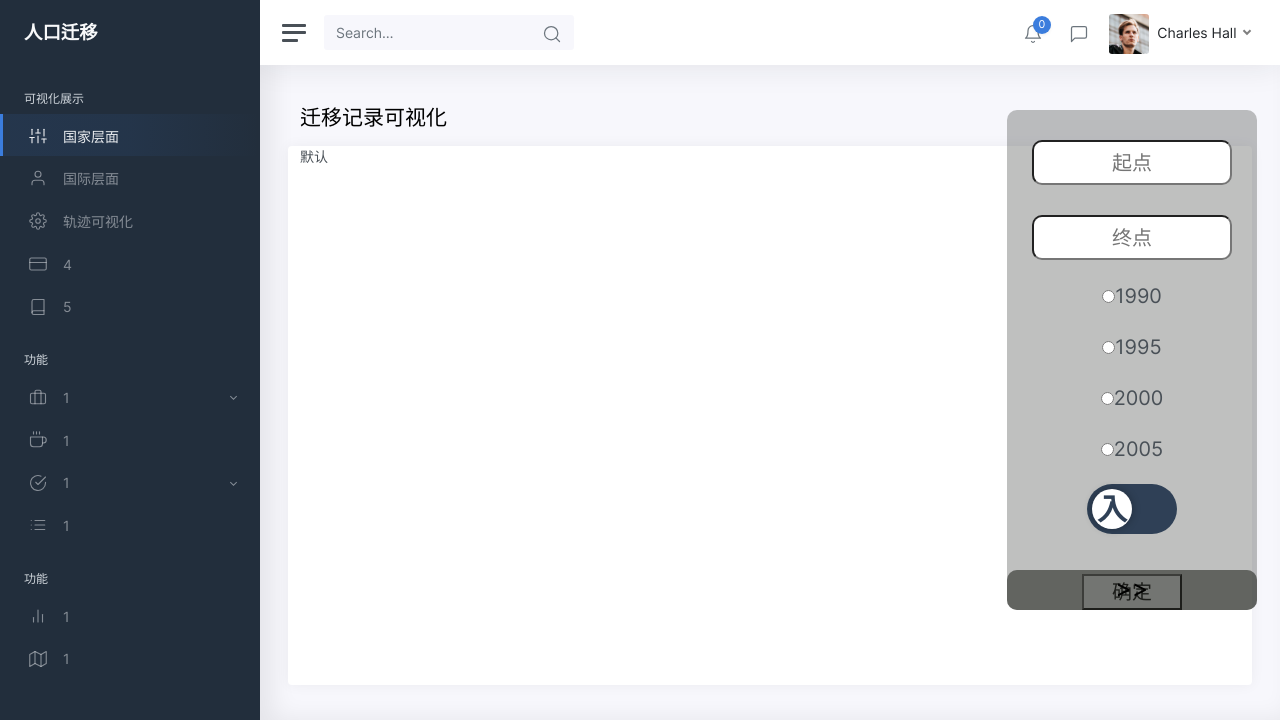
Repository: yuwei0922/WHURS-WGIS
Page: final_project/pages-profile.html
These files come from the project's save history. The page is drawn as it stood at one moment and after the next save; the edit follows.
The browser window is 1280 px wide. The pictures show the whole page.
Some web libraries are served in a nearby version.

Above is the page before, as saved 2022-12-25 19:41:08.
Not found: final_project/js/vendor.js

### final_project/pages-profile.html
<!DOCTYPE html>
<html lang="en">

<head>
	<meta charset="utf-8">
	<meta http-equiv="X-UA-Compatible" content="IE=edge">
	<meta name="viewport" content="width=device-width, initial-scale=1, shrink-to-fit=no">
	<meta name="description" content="Responsive Web UI Kit &amp; Dashboard Template based on Bootstrap">
	<meta name="author" content="AdminKit">
	<meta name="keywords" content="adminkit, bootstrap, web ui kit, dashboard template, admin template">
	<link rel="shortcut icon" href="img/icons/icon-48x48.png" />
	<title>Profile</title>
	<link href="css/app.css" rel="stylesheet">
	<link rel="stylesheet" href="css/content.css">
	<link href="https://cdn.bootcdn.net/ajax/libs/font-awesome/6.1.1/css/all.css" rel="stylesheet">
</head>


<body>
	<div class="wrapper">
		<!--左边导航栏-->
		<nav id="sidebar" class="sidebar">
			<div class="sidebar-content js-simplebar">
				<a class="sidebar-brand" href="index.html">
					<span class="align-middle">人口迁移</span>
				</a>

				<ul class="sidebar-nav">
					<li class="sidebar-header">
						可视化展示
					</li>

					<li class="sidebar-item active">
						<a class="sidebar-link" href="index.html">
							<i class="align-middle" data-feather="sliders"></i> <span class="align-middle">国家层面</span>
						</a>
					</li>

					<li class="sidebar-item">
						<a class="sidebar-link" href="pages-profile.html">
							<i class="align-middle" data-feather="user"></i> <span class="align-middle">国际层面</span>
						</a>
					</li>

					<li class="sidebar-item">
						<a class="sidebar-link" href="pages-settings.html">
							<i class="align-middle" data-feather="settings"></i> <span class="align-middle">轨迹可视化</span>
						</a>
					</li>

					<li class="sidebar-item">
						<a class="sidebar-link" href="pages-invoice.html">
							<i class="align-middle" data-feather="credit-card"></i> <span class="align-middle">4</span>
						</a>
					</li>

					<li class="sidebar-item">
						<a class="sidebar-link" href="pages-blank.html">
							<i class="align-middle" data-feather="book"></i> <span class="align-middle">5</span>
						</a>
					</li>

					<li class="sidebar-header">
						功能
					</li>

					<li class="sidebar-item">
						<a href="#ui" data-toggle="collapse" class="sidebar-link collapsed">
							<i class="align-middle" data-feather="briefcase"></i>
							<span class="align-middle">1</span>
						</a>
						<ul id="ui" class="sidebar-dropdown list-unstyled collapse " data-parent="#sidebar">
							<li class="sidebar-item"><a class="sidebar-link" href="ui-alerts.html">Alerts</a></li>
							<li class="sidebar-item"><a class="sidebar-link" href="ui-buttons.html">Buttons</a></li>
							<li class="sidebar-item"><a class="sidebar-link" href="ui-cards.html">Cards</a></li>
							<li class="sidebar-item"><a class="sidebar-link" href="ui-general.html">General</a></li>
							<li class="sidebar-item"><a class="sidebar-link" href="ui-grid.html">Grid</a></li>
							<li class="sidebar-item"><a class="sidebar-link" href="ui-modals.html">Modals</a></li>
							<li class="sidebar-item"><a class="sidebar-link" href="ui-typography.html">Typography</a>
							</li>
						</ul>
					</li>

					<li class="sidebar-item">
						<a class="sidebar-link" href="icons-feather.html">
							<i class="align-middle" data-feather="coffee"></i> <span class="align-middle">1</span>
						</a>
					</li>

					<li class="sidebar-item">
						<a href="#forms" data-toggle="collapse" class="sidebar-link collapsed">
							<i class="align-middle" data-feather="check-circle"></i> <span class="align-middle">1</span>
						</a>
						<ul id="forms" class="sidebar-dropdown list-unstyled collapse " data-parent="#sidebar">
							<li class="sidebar-item"><a class="sidebar-link" href="forms-layouts.html">1</a>
							</li>
							<li class="sidebar-item"><a class="sidebar-link" href="forms-basic-inputs.html">1</a></li>
						</ul>
					</li>

					<li class="sidebar-item">
						<a class="sidebar-link" href="tables-bootstrap.html">
							<i class="align-middle" data-feather="list"></i> <span class="align-middle">1</span>
						</a>
					</li>

					<li class="sidebar-header">
						功能
					</li>

					<li class="sidebar-item">
						<a class="sidebar-link" href="charts-chartjs.html">
							<i class="align-middle" data-feather="bar-chart-2"></i> <span class="align-middle">1</span>
						</a>
					</li>

					<li class="sidebar-item">
						<a class="sidebar-link" href="maps-google.html">
							<i class="align-middle" data-feather="map"></i> <span class="align-middle">1</span>
						</a>
					</li>
				</ul>

			</div>
		</nav>
		<!--中间主要部分-->
		<div class="main">
			<!--头顶导航栏-->
			<nav class="navbar navbar-expand navbar-light navbar-bg">
				<a class="sidebar-toggle d-flex">
					<i class="hamburger align-self-center"></i>
				</a>

				<form class="form-inline d-none d-sm-inline-block">
					<div class="input-group input-group-navbar">
						<input type="text" class="form-control" placeholder="Search…" aria-label="Search">
						<div class="input-group-append">
							<button class="btn" type="button">
								<i class="align-middle" data-feather="search"></i>
							</button>
						</div>
					</div>
				</form>

				<div class="navbar-collapse collapse">
					<ul class="navbar-nav navbar-align">
						<li class="nav-item dropdown">
							<a class="nav-icon dropdown-toggle" href="#" id="alertsDropdown" data-toggle="dropdown">
								<div class="position-relative">
									<i class="align-middle" data-feather="bell"></i>
									<span class="indicator">0</span>
								</div>
							</a>
							<div class="dropdown-menu dropdown-menu-lg dropdown-menu-right py-0"
								aria-labelledby="alertsDropdown">
								<div class="dropdown-menu-header">
									0个未读注意事项
								</div>
								<div class="list-group">
									<a href="#" class="list-group-item">
										<div class="row no-gutters align-items-center">
											<div class="col-2">
												<i class="text-danger" data-feather="alert-circle"></i>
											</div>
											<div class="col-10">
												<div class="text-dark">升级</div>
												<div class="text-muted small mt-1">Restart server 12 to complete the
													update.</div>
												<div class="text-muted small mt-1">30m ago</div>
											</div>
										</div>
									</a>
									<a href="#" class="list-group-item">
										<div class="row no-gutters align-items-center">
											<div class="col-2">
												<i class="text-warning" data-feather="bell"></i>
											</div>
											<div class="col-10">
												<div class="text-dark">Lorem ipsum</div>
												<div class="text-muted small mt-1">Aliquam ex eros, imperdiet vulputate
													hendrerit et.</div>
												<div class="text-muted small mt-1">2h ago</div>
											</div>
										</div>
									</a>
									<a href="#" class="list-group-item">
										<div class="row no-gutters align-items-center">
											<div class="col-2">
												<i class="text-primary" data-feather="home"></i>
											</div>
											<div class="col-10">
												<div class="text-dark">Login from 192.186.1.8</div>
												<div class="text-muted small mt-1">5h ago</div>
											</div>
										</div>
									</a>
									<a href="#" class="list-group-item">
										<div class="row no-gutters align-items-center">
											<div class="col-2">
												<i class="text-success" data-feather="user-plus"></i>
											</div>
											<div class="col-10">
												<div class="text-dark">New connection</div>
												<div class="text-muted small mt-1">Christina accepted your request.
												</div>
												<div class="text-muted small mt-1">14h ago</div>
											</div>
										</div>
									</a>
								</div>
								<div class="dropdown-menu-footer">
									<a href="#" class="text-muted">Show all notifications</a>
								</div>
							</div>
						</li>
						<li class="nav-item dropdown">
							<a class="nav-icon dropdown-toggle" href="#" id="messagesDropdown" data-toggle="dropdown">
								<div class="position-relative">
									<i class="align-middle" data-feather="message-square"></i>
								</div>
							</a>
							<div class="dropdown-menu dropdown-menu-lg dropdown-menu-right py-0"
								aria-labelledby="messagesDropdown">
								<div class="dropdown-menu-header">
									<div class="position-relative">
										4 New Messages
									</div>
								</div>
								<div class="list-group">
									<a href="#" class="list-group-item">
										<div class="row no-gutters align-items-center">
											<div class="col-2">
												<img src="img/avatars/avatar-5.jpg"
													class="avatar img-fluid rounded-circle" alt="Vanessa Tucker">
											</div>
											<div class="col-10 pl-2">
												<div class="text-dark">Vanessa Tucker</div>
												<div class="text-muted small mt-1">Nam pretium turpis et arcu. Duis arcu
													tortor.</div>
												<div class="text-muted small mt-1">15m ago</div>
											</div>
										</div>
									</a>
									<a href="#" class="list-group-item">
										<div class="row no-gutters align-items-center">
											<div class="col-2">
												<img src="img/avatars/avatar-2.jpg"
													class="avatar img-fluid rounded-circle" alt="William Harris">
											</div>
											<div class="col-10 pl-2">
												<div class="text-dark">William Harris</div>
												<div class="text-muted small mt-1">Curabitur ligula sapien euismod
													vitae.</div>
												<div class="text-muted small mt-1">2h ago</div>
											</div>
										</div>
									</a>
									<a href="#" class="list-group-item">
										<div class="row no-gutters align-items-center">
											<div class="col-2">
												<img src="img/avatars/avatar-4.jpg"
													class="avatar img-fluid rounded-circle" alt="Christina Mason">
											</div>
											<div class="col-10 pl-2">
												<div class="text-dark">Christina Mason</div>
												<div class="text-muted small mt-1">Pellentesque auctor neque nec urna.
												</div>
												<div class="text-muted small mt-1">4h ago</div>
											</div>
										</div>
									</a>
									<a href="#" class="list-group-item">
										<div class="row no-gutters align-items-center">
											<div class="col-2">
												<img src="img/avatars/avatar-3.jpg"
													class="avatar img-fluid rounded-circle" alt="Sharon Lessman">
											</div>
											<div class="col-10 pl-2">
												<div class="text-dark">Sharon Lessman</div>
												<div class="text-muted small mt-1">Aenean tellus metus, bibendum sed,
													posuere ac, mattis non.</div>
												<div class="text-muted small mt-1">5h ago</div>
											</div>
										</div>
									</a>
								</div>
								<div class="dropdown-menu-footer">
									<a href="#" class="text-muted">Show all messages</a>
								</div>
							</div>
						</li>
						<li class="nav-item dropdown">
							<a class="nav-icon dropdown-toggle d-inline-block d-sm-none" href="#"
								data-toggle="dropdown">
								<i class="align-middle" data-feather="settings"></i>
							</a>

							<a class="nav-link dropdown-toggle d-none d-sm-inline-block" href="#"
								data-toggle="dropdown">
								<img src="img/avatars/avatar.jpg" class="avatar img-fluid rounded mr-1"
									alt="Charles Hall" /> <span class="text-dark">Charles Hall</span>
							</a>
							<div class="dropdown-menu dropdown-menu-right">
								<a class="dropdown-item" href="pages-profile.html"><i class="align-middle mr-1"
										data-feather="user"></i> Profile</a>
								<a class="dropdown-item" href="#"><i class="align-middle mr-1"
										data-feather="pie-chart"></i> Analytics</a>
								<div class="dropdown-divider"></div>
								<a class="dropdown-item" href="pages-settings.html"><i class="align-middle mr-1"
										data-feather="settings"></i> Settings & Privacy</a>
								<a class="dropdown-item" href="#"><i class="align-middle mr-1"
										data-feather="help-circle"></i> Help Center</a>
								<div class="dropdown-divider"></div>
								<a class="dropdown-item" href="#">Log out</a>
							</div>
						</li>
					</ul>
				</div>
			</nav>
			<main class="content">
				<div class="container-fluid p-0 map-background">
					<h1 class="h3 mb-3">迁移记录可视化</h1>
					<div class="row map-background">
						<div class="card col-12 mapcontent">默认</div>
					</div>
				</div>
			</main>
		</div>
	<div class="select-contronller" style="border-radius: 10px; font-size: 20px;">
		<form action="">
		<input type="text" placeholder="起点" name="ori" class="input-right" id="input-ori">
		<input type="text" placeholder="终点" name="des" class="input-right" id="input-des">
		<br>
		<input type="radio" name="year" id="year" value="1990" class="radiosel">1990
		<br>
		<input type="radio" name="year" id="year" value="1995" class="radiosel">1995
		<br>
		<input type="radio" name="year" id="year" value="200" class="radiosel">2000
		<br>
		<input type="radio" name="year" id="year" value="2005" class="radiosel">2005
		<br>
		<input type="checkbox" name="" id="custom" style="text-align: center;">
		<label for="custom" class="check-box" style="margin: 20px auto; ">
			<span class="check-handler"></span>
		</label>
		<button class="submitcheck">确定</button>
		</form>
		<div class="changedis" ></div>
		<div class="changedis" >>></div>
	</div>

	<script src="js/vendor.js"></script>
	<script src="js/app.js"></script>
	<script>
		let changedis=document.querySelector(".changedis")
		changedis.addEventListener('mouseover',function(){this.style.cursor="pointer"})
		changedis.addEventListener('click',function(e){
			e.target.parentNode.style.opacity=0;})
	</script>
</body>

</html>

### final_project/css/content.css
.map-background {
    height: 100%;
}

.mapcontent {
    height: 90%;
}

.select-contronller {
    position: absolute;
    height: 500px;
    top: 50%;
    right: 23px;
    transform: translateY(-50%);
    background-color: rgba(45, 48, 43, 0.3);
    text-align: center;
    width: 250px;
    opacity: 1;
    transition: .5s;

}

.input-right {
    margin-top: 30px;
    width: 80%;
    text-align: center;
    border-radius: 10px;
    height: 45px;
}



.radiosel {
    margin-top: 30px;
}

.inouttype {
    margin-top: 30px;
    margin-left: 10px;
}

.changedis {
    position: absolute;
    height: 40px;
    font-size: 25px;
    width: 100%;
    bottom: 0;
    margin: 0 auto;
    color: black;
    background-color: rgba(45, 48, 43, 0.4);
    border-radius: 10px;
}

#selectcountry {
    width: 340px;
    height: 60px;
    text-align: center;
    font-size: 20px;
    font-weight: 700;
    margin-top: 5%;
    display: block;
}

input[type="checkbox"] {
    position: absolute;
    opacity: 0;
    z-index: -1;
}

.check-box {
    display: flex;
    align-items: center;
    width: 90px;
    height: 50px;
    background: #2f4056;
    border-radius: 25px;
    cursor: pointer;
    transition: all 0.5s ease;
}

.check-handler {
    display: flex;
    justify-content: center;
    align-items: center;
    margin-left: 5px;
    width: 40px;
    height: 40px;
    background: #fff;
    border-radius: 50%;
    box-shadow: 0 0 8px rgba(0, 0, 0, 0.3);
    transition: all 0.5s ease;
}

.check-handler::before {
    font-family: "Font Awesome 6 Free";
    content: "入";
    color: #2f4056;
    font-size: 1.5em;
    font-weight: 900;
}

input[type="checkbox"]:checked+.check-box {
    background: #5fb878;
}

input[type="checkbox"]:checked+.check-box .check-handler {
    margin-left: 50%;
}

input[type="checkbox"]:checked+.check-box .check-handler::before {
    font-family: "Font Awesome 6 Free";
    content: "出";
    color: #5fb878;
}

.timecontainer{
    width: 300px;
    height: 50px;
    border:0px solid red;
}
.dot{
    border:1px solid #007Aff;
    width: 11px;
    height: 11px;
    border-radius: 10px;
    background: white;
    margin: auto;
    margin-bottom: -6px;
}
.item{
    flex:1.5;
    border-bottom:1px solid #cdcdcd;
}
.item1{
    flex:1;
    border-bottom:0px solid #cdcdcd;
}

.submitcheck{
    width:40% ;
    margin:20px auto;
}

Loaded but not shown: final_project/css/app.css (library); final_project/js/app.js (library)

After the next save:
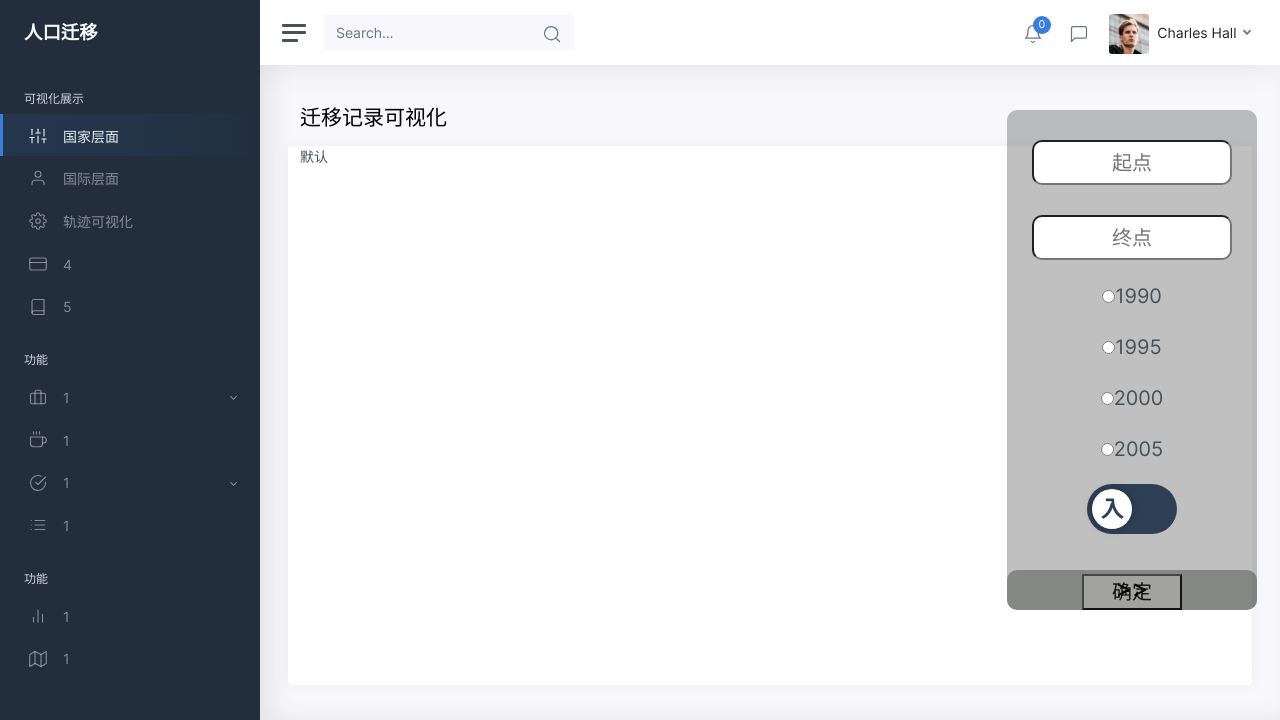
Saved 77 s later.
--- a/final_project/pages-profile.html
+++ b/final_project/pages-profile.html
@@ -340,15 +340,13 @@
 		<input type="radio" name="year" id="year" value="2005" class="radiosel">2005
 		<br>
 		<input type="checkbox" name="" id="custom" style="text-align: center;">
-		<label for="custom" class="check-box" style="margin: 20px auto; ">
+		<label for="custom" class="check-box" style="margin: 20px auto; font-size: 15px;">
 			<span class="check-handler"></span>
 		</label>
 		<button class="submitcheck">确定</button>
 		</form>
-		<div class="changedis" ></div>
 		<div class="changedis" >>></div>
 	</div>
-
 	<script src="js/vendor.js"></script>
 	<script src="js/app.js"></script>
 	<script>
